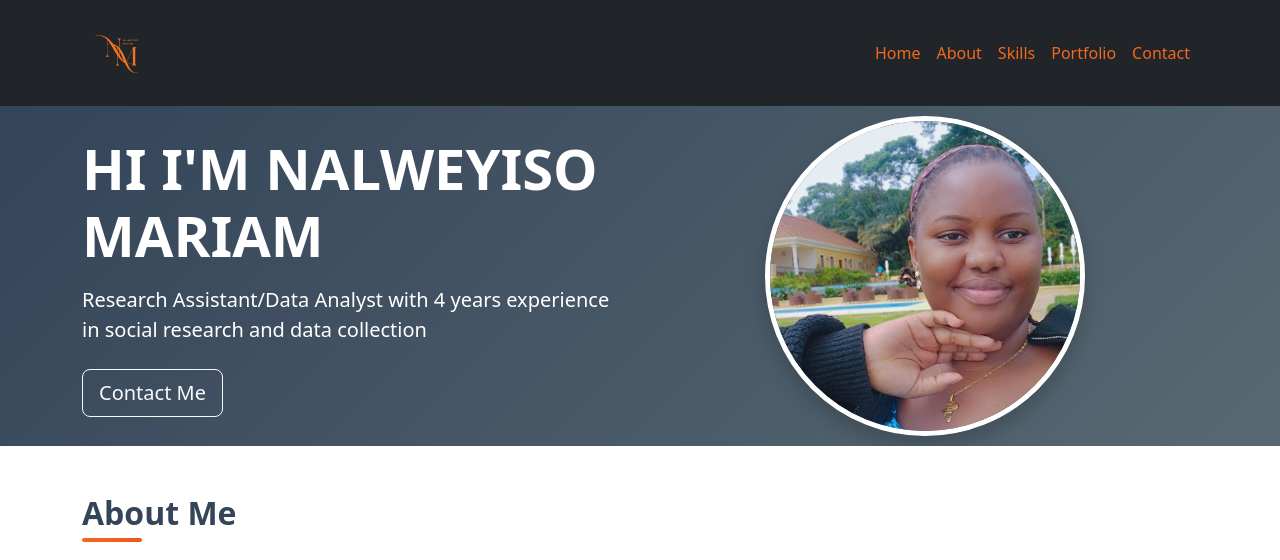
Repository: NalweMari/My-Personal-Portfolio
Page: index.html
These files come from the project's save history. The page is drawn as it stood at one moment and after the next save; the edit follows.
The browser window is 1280 px wide. The pictures show the part of the page from y = 0 to 560 px (the page is 3723 px tall).
A picture or video elsewhere on the page could not be fetched, so the positions and the page height are approximate.

Above is the page before, as saved 2025-12-05 17:50:16.
Console error (its wording comes from the project's code and is left out).

### index.html
<!DOCTYPE html>
<html lang="en">

<head>
    <meta charset="UTF-8">
    <meta name="viewport" content="width=device-width, initial-scale=1.0">
    <title>Nalweyiso Mariam - Research assistant/Data Analyst </title>
    <link rel="stylesheet" href="style.css">
    <link href="https://cdn.jsdelivr.net/npm/bootstrap@5.3.0/dist/css/bootstrap.min.css" rel="stylesheet">
    <link rel="stylesheet" href="https://cdnjs.cloudflare.com/ajax/libs/font-awesome/6.4.0/css/all.min.css">
</head>

<body>
    <!-- Navigation -->
    <nav class="navbar navbar-expand-lg navbar-dark bg-dark fixed top">
        <div class="container sm">
            <a class="navbar-brand Logo" href="#"><img src="images/Initials_Logo-preview (1).png" alt="Your Logo"
                    height="80"></a> <button class="navbar-toggler" type="button" data- 6 toggle="collapse"
                data-target="#navbarNav" aria-controls="navbarNav" aria-expanded="false" aria-label="Toggle navigation">
                <span class="navbar-toggler-icon"></span> </button>
            <div class="collapse navbar-collapse" id="navbarNav">
                <ul class="navbar-nav ms-auto">
                    <li class="nav-item"><a class="nav-link" href="#home">Home</a></li>
                    <li class="nav-item"><a class="nav-link" href="#about">About</a></li>
                    <li class="nav-item"><a class="nav-link" href="#skills">Skills</a></li>
                    <li class="nav-item"><a class="nav-link" href="#portfolio">Portfolio</a></li>
                    <li class="nav-item"><a class="nav-link" href="#contact">Contact</a></li>
                </ul>
            </div>
        </div>
    </nav>

    <!-- Hero Section -->
    <section id="home" class="hero-section">
        <div class="container">
            <div class="row align-items-center">
                <div class="col-lg-6">
                    <h1 class="display-4 fw-bold mb-3">HI I'M NALWEYISO MARIAM</h1>
                    <p class="lead mb-4">Research Assistant/Data Analyst with 4 years experience in social research and
                        data
                        collection</p>
                    <div class="d-flex flex-wrap gap-3">

                        <a href="#contact" class="btn btn-outline-light btn-lg">Contact Me</a>
                    </div>
                </div>
                <div class="col-lg-6 text-center mt-5 mt-lg-0">
                    <img src="images/Profile design.png" class="profile-image rounded-circle" alt="Nalweyiso Mariam">
                </div>
            </div>
        </div>
    </section>

    <!-- About Section -->
    <section id="about" class="py-5 bg-custom">
        <div class="container">
            <h2 class="section-title">About Me</h2>
            <div class="row align-items-center">
                <div class="col-lg-4 text-center mb-4 mb-lg-0">
                    <img src="images/woman coding.jpg" class="img-fluid rounded shadow" alt="Nalweyiso Mariam"
                        style="max-width: 300px;">
                </div>
                <div class="col-lg-8">
                    <p class="lead"><strong>Motivated and detail-oriented professional with hands-on
                        experience in research and data collection.</strong></p>
                    <p>Currently developing strong analytical capacity with practical learning in Excel,
                            SQL, Python, and data visualization. Skilled in documentation, scheduling,
                        planning, teamwork, and report drafting, with additional beginner-level exposure to web
                        development.</p>
                    <div class="row mt-4">
                        <div class="col-md-6">
                            <ul class="list-unstyled">
                                <li class="mb-2"><i class="fas fa-check text-primary me-2"></i> Social Research</li>
                                <li class="mb-2"><i class="fas fa-check text-primary me-2"></i> Data Analysis</li>
                                <li class="mb-2"><i class="fas fa-check text-primary me-2"></i> Qualitative Methods
                                </li>
                            </ul>
                        </div>
                        <div class="col-md-6">
                            <ul class="list-unstyled">
                                <li class="mb-2"><i class="fas fa-check text-primary me-2"></i> web development</li>
                                <li class="nav-item"><i class="fas fa-check text-primary me-2"></i> Data
                                    Visualization
                                </li>
                                <li class="mb-2"><i class="fas fa-check text-primary me-2"></i> Project
                                    Documentation
                                </li>
                            </ul>
                        </div>
                    </div>
                    <div class="mt-4">
                        <a href="Resume/NALWEYISO-MARIAM-Resume-2025.pdf" class="btn btn-primary me-3"><i class="fas fa-download me-2"></i>Download CV</a>
                    </div>
                </div>
            </div>
        </div>
    </section>
    <!-- Skills Section -->
    <section id="skills" class="py-5">
        <div class="container">
            <h2 class="section-title text-center">My Skills</h2>
            <div class="row">
                <div class="col-md-6">
                    <h5 class="mt-4">Data Analysis & Research</h5>
                    <div class="skill-bar">
                        <div class="skill-progress" style="width: 90%"></div>
                    </div>

                    <h5 class="mt-4">Qualitative Research</h5>
                    <div class="skill-bar">
                        <div class="skill-progress" style="width: 85%"></div>
                    </div>

                    <h5 class="mt-4">Basic Analysis</h5>
                    <div class="skill-bar">
                        <div class="skill-progress" style="width: 70%"></div>
                    </div>

                    <h5 class="mt-4">Data Collection</h5>
                    <div class="skill-bar">
                        <div class="skill-progress" style="width: 88%"></div>
                    </div>
                </div>
                <div class="col-md-6">
                    <h5 class="mt-4">Data Visualization</h5>
                    <div class="skill-bar">
                        <div class="skill-progress" style="width: 65%"></div>
                    </div>

                    <h5 class="mt-4">Documentation</h5>
                    <div class="skill-bar">
                        <div class="skill-progress" style="width: 92%"></div>
                    </div>

                    <h5 class="mt-4">Project Planning</h5>
                    <div class="skill-bar">
                        <div class="skill-progress" style="width: 83%"></div>
                    </div>

                    <h5 class="mt-4">Team Collaboration</h5>
                    <div class="skill-bar">
                        <div class="skill-progress" style="width: 87%"></div>
                    </div>
                </div>
            </div>
        </div>
    </section>

    <!-- Portfolio Section -->
    <section id="portfolio" class="py-5">
        <div class="container">
            <h2 class="section-title text-center">Projects & Practice Work</h2>
            <p class="text-center mb-5">Hands-on projects showcasing my data analysis, research, web development and
                adminstrative skills</p>

            <div class="row">
                <!-- Project 1: GBV Dataset Analysis -->
                <div class="col-lg-4 col-md-6 mb-4">
                    <div class="card project-card">
                        <div class="card-header-accent text-center py-4">
                            <i class="fas fa-database fa-3x"></i>
                        </div>
                        <div class="card-body d-flex flex-column">
                            <h5 class="card-title">GBV Dataset Analysis (Ongoing)</h5>
                            <p class="card-text flex-grow-1">
                                Analyzed Gender-Based Violence dataset using Excel and SQL to identify patterns and
                                create
                                summary reports.
                            </p>
                            <div class="mb-3">
                                <span class="badge badge-primary me-1">Excel</span>
                                <span class="badge badge-secondary me-1">SQL</span>
                                <span class="badge badge-accent">Data Analysis</span>
                            </div>
                            <div class="mt-auto">
                                <p><strong>Output:</strong> Filtered data, basic charts, summary reports</p>
                                <button class="btn btn-primary w-100"
                                    onclick="alert('Project details available upon request')">
                                    <i class="fas fa-info-circle me-1"></i>View Details
                                </button>
                            </div>
                        </div>
                    </div>
                </div>

                <!-- Project 2: Python Data Cleaning -->
                <div class="col-lg-4 col-md-6 mb-4">
                    <div class="card project-card">
                        <div class="card-header-primary text-center py-4">
                            <i class="fab fa-python fa-3x"></i>
                        </div>
                        <div class="card-body d-flex flex-column">
                            <h5 class="card-title">Python Data Cleaning Practice</h5>
                            <p class="card-text flex-grow-1">
                                Created Python scripts for sorting and filtering datasets, practicing data cleaning
                                techniques.
                            </p>
                            <div class="mb-3">
                                <span class="badge badge-primary me-1">Python</span>
                                <span class="badge badge-accent">Data Cleaning</span>
                            </div>
                            <div class="mt-auto">
                                <p><strong>Output:</strong> Simple script for sorting & filtering</p>
                                <button class="btn btn-primary w-100"
                                    onclick="alert('Python code samples available upon request')">
                                    <i class="fas fa-code me-1"></i>View Code
                                </button>
                            </div>
                        </div>
                    </div>
                </div>

                <!-- Project 3: villam hub -->
                <div class="col-lg-4 col-md-6 mb-4">
                    <div class="card project-card">
                        <div class="card-header-accent text-center py-4">
                            <i class="fas fa-chart-line fa-3x"></i>
                        </div>
                        <div class="card-body d-flex flex-column">
                            <h5 class="card-title">Capstone project VILLAM HUB (In Progress)</h5>
                            <p class="card-text flex-grow-1">
                                Team lead
                                Coordinated workflow and task delegation for a 60-member team. Conducting data collection
                                and analysis, app development and design, project ideation and presentation.
                            </p>
                            <div class="mb-3">
                                <span class="badge badge-primary me-1">leadership</span>
                                <span class="badge badge-secondary me-1">Data Analytics</span>
                                <span class="badge badge-accent">Reaserch</span>
                                <span class="badge badge-accent">project plannning</span>
                            </div>
                            <div class="mt-auto">
                                <p><strong>Output:</strong> Visual summary of the project</p>
                                <button class="btn btn-primary w-100" onclick="alert('Website preview coming soon')">
                                    <i class="fas fa-eye me-1"></i>View Website
                                </button>
                            </div>
                        </div>
                    </div>
                </div>
            </div>

            <!-- Second Row of Projects -->
            <div class="row mt-4">
                <!-- Project 4: Personal Webpage -->
                <div class="col-lg-4 col-md-6 mb-4">
                    <div class="card project-card">
                        <div class="card-header-primary text-center py-4">
                            <i class="fas fa-laptop-code fa-3x"></i>
                        </div>
                        <div class="card-body d-flex flex-column">
                            <h5 class="card-title">Basic Personal Business Webpage</h5>
                            <p class="card-text flex-grow-1">
                                Created a static webpage layout using HTML and CSS to practice web development
                                fundamentals.
                            </p>
                            <div class="mb-3">
                                <span class="badge badge-primary me-1">HTML</span>
                                <span class="badge badge-secondary me-1">CSS</span>
                                <span class="badge badge-accent">Web Development</span>
                            </div>
                            <div class="mt-auto">
                                <p><strong>Output:</strong> Static page layout and styling</p>
                                <a href="https://nalwemari.github.io/RoomieSync-H/" class="btn btn-primary w-100">
                                    <i class="fas fa-external-link-alt me-1"></i>View This Website
                                </a>
                            </div>
                        </div>
                    </div>
                </div>

                <!-- Project 5: Research Documentation -->
                <div class="col-lg-4 col-md-6 mb-4">
                    <div class="card project-card">
                        <div class="card-header-accent text-center py-4">
                            <i class="fas fa-file-alt fa-3x"></i>
                        </div>
                        <div class="card-body d-flex flex-column">
                            <h5 class="card-title">Research Documentation</h5>
                            <p class="card-text flex-grow-1">
                                Comprehensive documentation supporting community development projects initiation and
                                execution.
                            </p>
                            <div class="mb-3">
                                <span class="badge badge-primary me-1">Research</span>
                                <span class="badge badge-secondary me-1">Documentation</span>
                                <span class="badge badge-accent">Report Writing</span>
                                <span class="badge badge-accent">Research concepts</span>
                            </div>
                            <div class="mt-auto">
                                <p><strong>Output:</strong> Structured research reports</p>
                                <button class="btn btn-primary w-100"
                                    onclick="alert('Research documentation samples available upon request')">
                                    <i class="fas fa-file-pdf me-1"></i>View Samples
                                </button>
                            </div>
                        </div>
                    </div>
                </div>

                <!-- Project 6: Field Data Collection -->
                <div class="col-lg-4 col-md-6 mb-4">
                    <div class="card project-card">
                        <div class="card-header-primary text-center py-4">
                            <i class="fas fa-clipboard-check fa-3x"></i>
                        </div>
                        <div class="card-body d-flex flex-column">
                            <h5 class="card-title">Field Data Collection System</h5>
                            <p class="card-text flex-grow-1">
                                Assisted in developing and implementing field data collection protocols for
                                community-based research.
                            </p>
                            <div class="mb-3">
                                <span class="badge badge-primary me-1">Field Research</span>
                                <span class="badge badge-secondary me-1">Data Collection</span>
                                <span class="badge badge-accent">Community Work</span>
                            </div>
                            <div class="mt-auto">
                                <p><strong>Output:</strong> Organized field data and observations</p>
                                <button class="btn btn-primary w-100"
                                    onclick="alert('Data collection methodology available upon request')">
                                    <i class="fas fa-clipboard-list me-1"></i>View Methodology
                                </button>
                            </div>
                        </div>
                    </div>
                </div>
            </div>
        </div>
    </section>

    <!-- Contact Section -->
    <section id="contact" class="py-5 bg-dark">
        <div class="container">
            <h2 class="section-title text-center">Get In Touch</h2>
            <p class="text-center mb-5">Open to opportunities in research, data analytics, administration, NGOs, and
                development work</p>

            <div class="row">
                <div class="col-lg-8 mx-auto">
                    <div class="row mb-5">
                        <div class="col-md-4 text-center mb-4">
                            <div class="contact-icon">
                                <i class="fas fa-envelope text-white"></i>
                            </div>
                            <h5 style="color: var(--primary-color);">Email</h5>
                            <p>mariammukiibisa@gmail.com</p>
                        </div>
                        <div class="col-md-4 text-center mb-4">
                            <div class="contact-icon">
                                <i class="fas fa-phone text-white"></i>
                            </div>
                            <h5 style="color: var(--primary-color);">Phone</h5>
                            <p>+256 753 745135<br>+256 789 955469</p>
                        </div>
                        <div class="col-md-4 text-center mb-4">
                            <div class="contact-icon">
                                <i class="fas fa-map-marker-alt text-white"></i>
                            </div>
                            <h5 style="color: var(--primary-color);">Location</h5>
                            <p>Kampala, Uganda<br><small>Open to relocation + remote work</small></p>
                        </div>
                        <div class="col-md-4 text-center mb-4">
                            <p><i class="fas fa-language me-2" style="color: var(--accent-1);"></i>
                                <strong>Languages:</strong> English, Luganda</p>
                        </div>
                    </div>

                    <form>
                        <div class="row">
                            <div class="col-md-6 mb-3">
                                <label for="name" class="form-label" style="color: var(--primary-color);">Your
                                    Name</label>
                                <input type="text" class="form-control" id="name" required>
                            </div>
                            <div class="col-md-6 mb-3">
                                <label for="email" class="form-label" style="color: var(--primary-color);">Your
                                    Email</label>
                                <input type="email" class="form-control" id="email" required>
                            </div>
                        </div>
                        <div class="mb-3">
                            <label for="subject" class="form-label" style="color: var(--primary-color);">Subject</label>
                            <input type="text" class="form-control" id="subject" required>
                        </div>
                        <div class="mb-3">
                            <label for="message" class="form-label" style="color: var(--primary-color);">Message</label>
                            <textarea class="form-control" id="message" rows="5" required></textarea>
                        </div>
                        <div class="text-center">
                            <button type="submit" class="btn btn-primary btn-lg">Send Message</button>
                        </div>
                    </form>

                </div>
            </div>
        </div>
    </section>

    <!-- Footer -->
    <footer class="bg-dark text-white py-4">
        <div class="container">
            <div class="row align-items-center">
                <div class="col-md-6 text-center text-md-start">
                    <p class="mb-0">&copy; 2025 Nalweyiso Mariam. All rights reserved.</p>
                </div>
                <div class="col-md-6 text-center text-md-end">
                    <div class="mt-3 mt-md-0">
                        <a href="http://www.linkedin.com/in/nalweyiso-mariam-2a8868233" class="social-icon me-2"><i class="fab fa-linkedin-in"></i></a>
                        <a href="https://github.com/NalweMari " class="social-icon me-2"><i class="fab fa-github"></i></a>
                        <a href="#" class="social-icon me-2"><i class="fab fa-twitter"></i></a>
                        <a href="#" class="social-icon"><i class="fab fa-instagram"></i></a>
                    </div>
                </div>
            </div>
        </div>
    </footer>
    <script src="https://stackpath.bootstrapcdn.com/bootstrap/4.5.2/js/bootstrap.min.js"></script>
</body>

</html>

Loaded but not shown: Style.css (215 lines, source omitted)

After the next save:
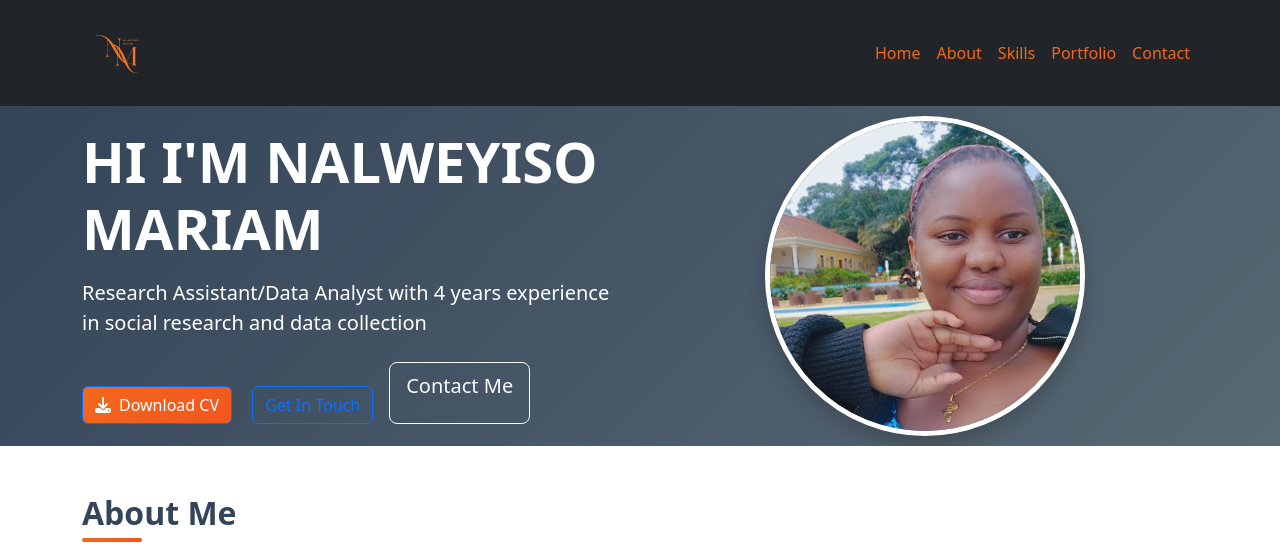
Saved 4 s later.
--- a/index.html
+++ b/index.html
@@ -40,7 +40,10 @@
                         data
                         collection</p>
                     <div class="d-flex flex-wrap gap-3">
-
+                        <div class="mt-4">
+                        <a href="#" class="btn btn-primary me-3"><i class="fas fa-download me-2"></i>Download CV</a>
+                        <a href="#contact" class="btn btn-outline-primary">Get In Touch</a>
+                    </div>
                         <a href="#contact" class="btn btn-outline-light btn-lg">Contact Me</a>
                     </div>
                 </div>
